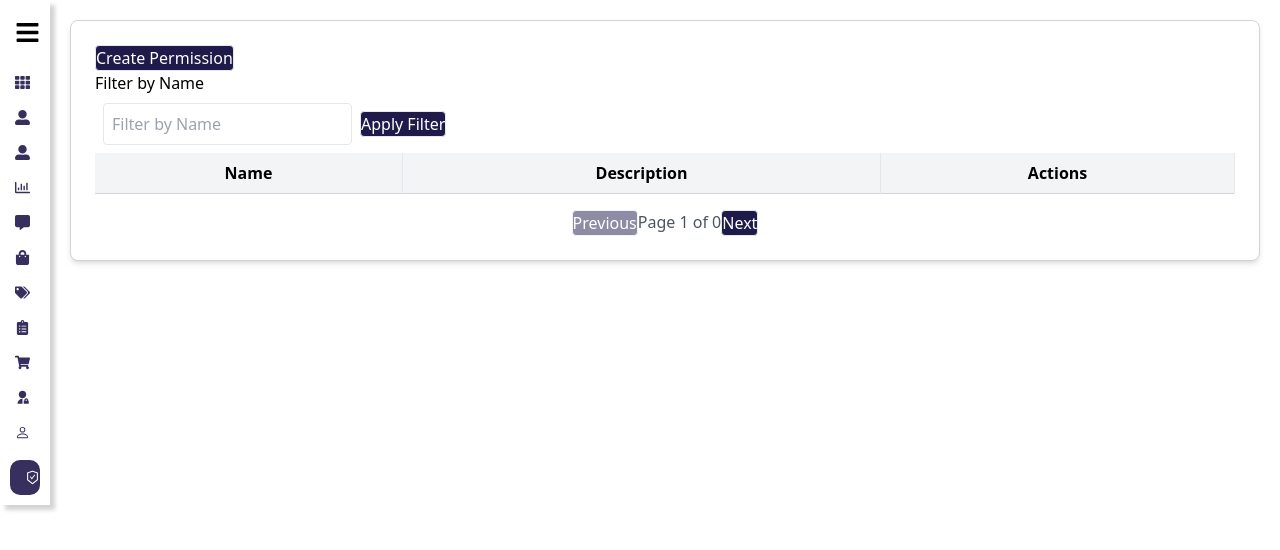
Repository: Andarg01/Admin
Page: /permission
An editor plug-in stored every save of this project. The page is shown before and after the next save, followed by the edit.
The browser window is 1280 px wide. The pictures show the whole page.
The page's requests for data from a server got no answer. The project was rebuilt for these pictures with package versions that can differ from the ones it lists, and the page was loaded fresh each time. No one was signed in, and anything a server would have sent is missing. Also part of the build but not shown: src/styles/analytics.css, src/pages/Analytics.tsx, src/pages/Dashboard.tsx, src/styles/productList.css, src/components/OrderModal.tsx, src/components/OrderTable.tsx, src/pages/Orders.tsx, src/components/CategoryModal.tsx and 16 more.

Above is the page before, as saved 2024-02-29 05:08:51.

### src/index.tsx



import * as React from "react"
import * as ReactDOM from "react-dom/client"
import App from "./App"
import './index.css'

import { Provider } from 'react-redux';
import store from './redux/store';
const container = document.getElementById("root")
if (!container) throw new Error('Failed to find the root element');
const root = ReactDOM.createRoot(container)

root.render(

  <React.StrictMode>
    <Provider store={store}>
         <App />
         </Provider>
  </React.StrictMode>,

)

### src/redux/store.ts
// redux/store.ts

import { configureStore, combineReducers } from '@reduxjs/toolkit';
import permissionsReducer from './reducers/permissionsReducers';
import rolesReducer from './reducers/rolesReducers';
import shopReducer from './reducers/shopReducer';

const rootReducer = combineReducers({
  permissions: permissionsReducer,
  roles: rolesReducer,
  shope:shopReducer,
});

const store = configureStore({
  reducer: rootReducer,
});

export type RootState = ReturnType<typeof rootReducer>;

export default store;

### src/App.css
* {
    margin: 0;
    padding: 0;
    text-decoration: none;
    /* background: #fff; */
    /* color: #fff; */
    /* background: #0e1630 */
    /* background-color: #0e1630; */
}

.container {
    display: flex;
}

main {
    width: 100%;
    padding: 20px;
}

.sidebar {
    background: #fff;
    /* background: #0e1630; */
    box-shadow: 5px 5px 4px rgb(212, 212, 212);
    color: #000;
    height: auto;
    width: 200px;
    transition: all 0.5s;
}

.top_section {
    display: flex;
    align-items: center;
    padding: 20px 15px;
}

.logo {
    font-size: 30px;
}

.bars {
    display: flex;
    font-size: 25px;
    margin-left: 50px;
}

.link {
    display: flex;
    color: #37305F;
    padding: 10px 15px;
    gap: 15px;
    transition: all 0.5s;
}

.link:hover {
    background: #37305F;
    color: #fff;
    transition: all 0.5s;
    margin: 10px;
    border-radius: 10px;
}

.active {
    background: #37305F;
    color: #fff;
    margin: 10px;
    border-radius: 10px;
}

.icon,
.link_text {
    font-size: 15px;
}

### src/components/PermissionTable.tsx


import React, { useState, useEffect } from 'react';
import { useDispatch, useSelector } from 'react-redux';
import { RootState } from '../redux/store';
import {
  fetchPermissions,
  createPermission,
  updatePermission,
  deletePermission,
} from '../redux/actions/permissionsActions';
import PermissionModal from './PermissionModal';

interface Permission {
  id: string;
  name: string;
  description: string;
}

interface PermissionsState {
  permissions: Permission[];
}

const PAGE_SIZE = 5; // You can adjust the number of items per page as needed

const PermissionTable: React.FC = () => {
  const dispatch = useDispatch();
  const permissions = useSelector((state: RootState) => state.permissions.permissions);

  const [showModal, setShowModal] = useState(false);
  const [selectedPermission, setSelectedPermission] = useState(null);
  const [nameFilter, setNameFilter] = useState<string>('');
  const [currentPage, setCurrentPage] = useState<number>(1);

  useEffect(() => {
    dispatch(fetchPermissions());
  }, [dispatch]);

  const handleCreate = () => {
    setSelectedPermission(null);
    setShowModal(true);
  };

  const handleEdit = (permission: any) => {
    setSelectedPermission(permission);
    setShowModal(true);
  };

  const handleDelete = (permissionId: string) => {
    if (window.confirm('Are you sure you want to delete this permission?')) {
      dispatch(deletePermission(permissionId));
    }
  };

  const handleNameFilterChange = (event: React.ChangeEvent<HTMLInputElement>) => {
    setNameFilter(event.target.value);
    setCurrentPage(1); // Reset to the first page when the filter changes
  };

  const handleApplyFilter = () => {
    const filteredData = permissions.filter(permission =>
      permission.name.toLowerCase().includes(nameFilter.toLowerCase())
    );
    return filteredData;
  };

  const filteredPermissions = handleApplyFilter();

  const totalPages = Math.ceil(filteredPermissions.length / PAGE_SIZE);
  const startIndex = (currentPage - 1) * PAGE_SIZE;
  const endIndex = startIndex + PAGE_SIZE;
  const currentPermissions = filteredPermissions.slice(startIndex, endIndex);

  const handleNextPage = () => {
    if (currentPage < totalPages) {
      setCurrentPage(currentPage + 1);
    }
  };

  const handlePrevPage = () => {
    if (currentPage > 1) {
      setCurrentPage(currentPage - 1);
    }
  };

  return (
    <div className="overflow-x-auto bg-white border border-gray-300 p-6 rounded-lg shadow-md transition duration-500 ease-in-out">
      <div>
        <button
          className='border rounded bg-indigo-950 hover:m-2 text-white'
          onClick={handleCreate}
        >
          Create Permission
        </button>
        </div>
        <p>Filter by Name</p>
        <input
          type="text"
          placeholder="Filter by Name"
          value={nameFilter}
          onChange={handleNameFilterChange}
          className="border rounded p-2 m-2"
        />
        <button
          className='border rounded bg-indigo-950 hover:m-2 text-white'
          onClick={handleApplyFilter}
        >
          Apply Filter
        </button>
      {/* </div> */}

      <table className="min-w-full border-b border-gray-300">
        <thead className="bg-gray-100">
          <tr>
            <th className="py-2 px-4 border-r cursor-pointer">Name</th>
            <th className="py-2 px-4 border-r cursor-pointer">Description</th>
            <th className="py-2 px-4 border-r cursor-pointer">Actions</th>
          </tr>
        </thead>
        <tbody>
          {currentPermissions.map((permission) => (
            <tr key={permission.id} className="border-b">
              <td className="py-2 px-4 border-r">{permission.name}</td>
              <td className="py-2 px-4 border-r">{permission.description}</td>
              <td className="py-2 px-4">
                <button
                  onClick={() => handleEdit(permission)}
                  className="edit hover:underline mr-2 hover:text-gray-700"
                >
                  Edit
                </button>
                <button
                  onClick={() => handleDelete(permission.id)}
                  className="delete hover:underline hover:text-red-700"
                >
                  Delete
                </button>
              </td>
            </tr>
          ))}
        </tbody>
      </table>

      <div className="flex justify-center mt-4">
        <button
          className={`border rounded bg-indigo-950 hover:m-2 text-white ${currentPage === 1 && 'opacity-50 cursor-not-allowed'}`}
          onClick={handlePrevPage}
          disabled={currentPage === 1}
        >
          Previous
        </button>
        <span className="text-gray-600">{`Page ${currentPage} of ${totalPages}`}</span>
        <button
          className={`border rounded bg-indigo-950 hover:m-2 text-white ${currentPage === totalPages && 'opacity-50 cursor-not-allowed'}`}
          onClick={handleNextPage}
          disabled={currentPage === totalPages}
        >
          Next
        </button>
      </div>

      {showModal && <PermissionModal onClose={() => setShowModal(false)} permission={selectedPermission} />}
    </div>
  );
};

export default PermissionTable;















// // PermissionTable.tsx

// import React, { useState, useEffect } from 'react';
// import { useDispatch, useSelector } from 'react-redux';
// import { RootState } from '../redux/store';
// import {
//   fetchPermissions,
//   createPermission,
//   updatePermission,
//   deletePermission,
// } from '../redux/actions/permissionsActions';
// import PermissionModal from './PermissionModal';
// interface Permission {
//   id: string;
//   name: string;
//   description: string;
// }

// interface PermissionsState {
//   permissions: Permission[];
// }


// const PermissionTable: React.FC = () => {
//   const dispatch = useDispatch();
//   const permissions = useSelector((state: RootState) => state.permissions.permissions);

//   const [showModal, setShowModal] = useState(false);
//   const [selectedPermission, setSelectedPermission] = useState(null);

//   useEffect(() => {
//     dispatch(fetchPermissions());
//   }, [dispatch]);

//   const handleCreate = () => {
//     setSelectedPermission(null);
//     setShowModal(true);
//   };

//   const handleEdit = (permission: any) => {
//     setSelectedPermission(permission);
//     setShowModal(true);
//   };

//   const handleDelete = (permissionId: string) => {
//     if (window.confirm('Are you sure you want to delete this permission?')) {
//       dispatch(deletePermission(permissionId));
//     }
//   };

//   return (
//     <div className="overflow-x-auto bg-white border border-gray-300 p-6 rounded-lg shadow-md transition duration-500 ease-in-out">
//       <button
//       className='border rounded bg-indigo-950 hover:m-2 text-white'
//       onClick={handleCreate}>Create Permission</button>


//       <table className="min-w-full border-b border-gray-300">
//         <thead className="bg-gray-100">
//           <tr>
//             <th className="py-2 px-4 border-r cursor-pointer">Name</th>
//             <th className="py-2 px-4 border-r cursor-pointer">Description</th>
//             <th className="py-2 px-4 border-r cursor-pointer">Actions</th>
//           </tr>
//         </thead>
//         <tbody>
//           {permissions.map((permission) => (
//             <tr key={permission.id} className="border-b">
//               <td className="py-2 px-4 border-r">{permission.name}</td>
//               <td className="py-2 px-4 border-r">{permission.description}</td>
//               <td className="py-2 px-4">
//                 <button onClick={() => handleEdit(permission)}
//                 className="edit hover:underline mr-2 hover:text-gray-700"
//                 >Edit</button>
//                 <button onClick={() => handleDelete(permission.id)}
//                  className="delete hover:underline hover:text-red-700"
//                 >Delete</button>
//               </td>
//             </tr>
//           ))}
//         </tbody>
//       </table>
//       {showModal && <PermissionModal onClose={() => setShowModal(false)} permission={selectedPermission} />}
//     </div>
//   );
// };

// export default PermissionTable;




// // // PermissionTable.tsx

// // import React, { useState, useEffect } from 'react';
// // import { useDispatch, useSelector } from 'react-redux';
// // import { RootState } from '../redux/store';
// // import {
// //   fetchPermissions,
// //   createPermission as createPermissionAction,
// //   updatePermission as updatePermissionAction,
// //   deletePermission,
// // } from '../redux/actions/permissionsActions';
// // import PermissionModal from './PermissionModal';

// // interface Permission {
// //   id: string;
// //   name: string;
// //   description: string;
// // }

// // interface PermissionsState {
// //   permissions: Permission[];
// // }

// // const PermissionTable: React.FC = () => {
// //   const dispatch = useDispatch();
// //   const allPermissions = useSelector((state: RootState) => state.permissions.permissions);

// //   const [permissions, setPermissions] = useState(allPermissions);
// //   const [showModal, setShowModal] = useState(false);
// //   const [selectedPermission, setSelectedPermission] = useState(null);
// //   const [currentPage, setCurrentPage] = useState(1);
// //   const [permissionsPerPage] = useState(5); // Number of permissions per page
// //   const [filterName, setFilterName] = useState('');

// //   useEffect(() => {
// //     dispatch(fetchPermissions());
// //   }, [dispatch]);

// //   useEffect(() => {
// //     setPermissions(allPermissions);
// //   }, [allPermissions]);

// //   const indexOfLastPermission = currentPage * permissionsPerPage;
// //   const indexOfFirstPermission = indexOfLastPermission - permissionsPerPage;
// //   const currentPermissions = permissions.slice(indexOfFirstPermission, indexOfLastPermission);

// //   const paginate = (pageNumber: number) => setCurrentPage(pageNumber);

// //   const handleCreate = () => {
// //     setSelectedPermission(null);
// //     setShowModal(true);
// //   };

// //   const handleEdit = (permission: any) => {
// //     setSelectedPermission(permission);
// //     setShowModal(true);
// //   };

// //   const handleDelete = (permissionId: string) => {
// //     if (window.confirm('Are you sure you want to delete this permission?')) {
// //       dispatch(deletePermission(permissionId));
// //     }
// //   };

// //   const handleFilterChange = (e: React.ChangeEvent<HTMLInputElement>) => {
// //     setFilterName(e.target.value);
// //     const filteredPermissions = allPermissions.filter(permission =>
// //       permission.name.toLowerCase().includes(e.target.value.toLowerCase())
// //     );
// //     setPermissions(filteredPermissions);
// //     setCurrentPage(1); // Reset to the first page when filtering
// //   };

// //   const createPermission = (newPermission: Permission) => {
// //     dispatch(createPermissionAction(newPermission));
// //     setShowModal(false);
// //   };

// //   const updatePermission = (updatedPermission: Permission) => {
// //     dispatch(updatePermissionAction(updatedPermission));
// //     setShowModal(false);
// //   };

// //   return (
// //     <div className="overflow-x-auto bg-white border border-gray-300 p-6 rounded-lg shadow-md transition duration-500 ease-in-out">
// //       <button
// //         className='border rounded bg-indigo-950 hover:m-2 text-white'
// //         onClick={handleCreate}
// //       >
// //         Create Permission
// //       </button>

// //       <div className="mt-3 mb-4">
// //         <label htmlFor="filterName" className="block text-sm font-medium text-gray-600">
// //           Filter by Name:
// //         </label>
// //         <input
// //           type="text"
// //           id="filterName"
// //           name="filterName"
// //           value={filterName}
// //           onChange={handleFilterChange}
// //           className="mt-1 p-2 border rounded-md w-64"
// //           placeholder="Enter name"
// //         />
// //       </div>

// //       <table className="min-w-full border-b border-gray-300">
// //         <thead className="bg-gray-100">
// //           <tr>
// //             <th className="py-2 px-4 border-r cursor-pointer">Name</th>
// //             <th className="py-2 px-4 border-r cursor-pointer">Description</th>
// //             <th className="py-2 px-4 border-r cursor-pointer">Actions</th>
// //           </tr>
// //         </thead>
// //         <tbody>
// //           {currentPermissions.map((permission) => (
// //             <tr key={permission.id} className="border-b">
// //               <td className="py-2 px-4 border-r">{permission.name}</td>
// //               <td className="py-2 px-4 border-r">{permission.description}</td>
// //               <td className="py-2 px-4">
// //                 <button
// //                   onClick={() => handleEdit(permission)}
// //                   className="edit hover:underline mr-2 hover:text-gray-700"
// //                 >
// //                   Edit
// //                 </button>
// //                 <button
// //                   onClick={() => handleDelete(permission.id)}
// //                   className="delete hover:underline hover:text-red-700"
// //                 >
// //                   Delete
// //                 </button>
// //               </td>
// //             </tr>
// //           ))}
// //         </tbody>
// //       </table>

// //       <div className="mt-4 flex justify-end">
// //         <nav className="relative z-0 inline-flex shadow-sm -space-x-px" aria-label="Pagination">
// //           {Array.from({ length: Math.ceil(permissions.length / permissionsPerPage) }).map((_, index) => (
// //             <button
// //               key={index}
// //               onClick={() => paginate(index + 1)}
// //               className={`whitespace-nowrap px-4 py-2 border ${
// //                 currentPage === index + 1
// //                   ? 'border-indigo-500 text-indigo-600 focus:outline-none focus:border-indigo-700 focus:z-10'
// //                   : 'border-gray-300 text-gray-500 hover:bg-gray-50 focus:outline-none focus:border-gray-700 focus:z-10'
// //               }`}
// //             >
// //               {index + 1}
// //             </button>
// //           ))}
// //         </nav>
// //       </div>

// //       {showModal && (
// //         <PermissionModal
// //           onClose={() => setShowModal(false)}
// //           permission={selectedPermission}
// //           createPermission={createPermission}
// //           updatePermission={updatePermission}
// //         />
// //       )}
// //     </div>
// //   );
// // };

// // export default PermissionTable;

### src/redux/reducers/permissionsReducers.ts
import { createSlice } from '@reduxjs/toolkit';
import { fetchPermissions, createPermission, updatePermission, deletePermission } from '../actions/permissionsActions'


interface Permission {
  id: string;
  name: string;
  description: string;
}

interface PermissionsState {
  permissions: Permission[];
}

const initialState: PermissionsState = {
  permissions: [],
};

const permissionsSlice = createSlice({
  name: 'permissions',
  initialState,
  reducers: {}, // You can add reducers if needed
  extraReducers: (builder) => {
    builder.addCase(fetchPermissions.fulfilled, (state, action) => {
      state.permissions = action.payload;
    });
    builder.addCase(createPermission.fulfilled, (state, action) => {
      state.permissions.push(action.payload);
    });
    builder.addCase(updatePermission.fulfilled, (state, action) => {
      const updatedPermission = action.payload;
      const index = state.permissions.findIndex((p) => p.id === updatedPermission.id);
      if (index !== -1) {
        state.permissions[index] = updatedPermission;
      }
    });
    builder.addCase(deletePermission.fulfilled, (state, action) => {
      const deletedPermissionId = action.payload;
      state.permissions = state.permissions.filter((p) => p.id !== deletedPermissionId);
    });
  },
});

export default permissionsSlice.reducer;

### src/redux/reducers/rolesReducers.ts
import { createSlice } from '@reduxjs/toolkit';
import { fetchRoles, createRole, updateRole, deleteRole } from "../actions/rolesActions"


export interface Role {
  id: string;
  name: string;
  description: string;
  permissions: string[]; // Assuming permission IDs are stored in an array
  default: boolean;
}

interface RolesState {
  roles: Role[];
}

const initialState: RolesState = {
  roles: [],
};

const rolesSlice = createSlice({
  name: 'roles',
  initialState,
  reducers: {}, // You can add reducers if needed
  extraReducers: (builder) => {
    builder.addCase(fetchRoles.fulfilled, (state, action) => {
      state.roles = action.payload;
    });
    builder.addCase(createRole.fulfilled, (state, action) => {
      state.roles.push(action.payload);
    });
    builder.addCase(updateRole.fulfilled, (state, action) => {
      const updatedRole = action.payload;
      const index = state.roles.findIndex((r) => r.id === updatedRole.id);
      if (index !== -1) {
        state.roles[index] = updatedRole;
      }
    });
    builder.addCase(deleteRole.fulfilled, (state, action) => {
      const deletedRoleId = action.payload;
      state.roles = state.roles.filter((r) => r.id !== deletedRoleId);
    });
  },
});

export default rolesSlice.reducer;

### src/redux/reducers/shopReducer.ts
// src/redux/reducers/shopReducer.ts

import {
    FETCH_SHOPS_REQUEST,
    FETCH_SHOPS_SUCCESS,
    FETCH_SHOPS_FAILURE,
  } from '../actions/shopActions';

  interface Shop {
    id: string;
    name: string;
    description: string;
    shopUrl: string;
    permissionName: string;
    picture: string;
  }

  interface ShopState {
    shops: Shop[];
    loading: boolean;
    error: string;
  }

  const initialState: ShopState = {
    shops: [],
    loading: false,
    error: '',
  };

  const shopReducer = (state = initialState, action: any): ShopState => {
    switch (action.type) {
      case FETCH_SHOPS_REQUEST:
        return {
          ...state,
          loading: true,
        };
      case FETCH_SHOPS_SUCCESS:
        return {
          ...state,
          loading: false,
          shops: action.payload,
          error: '',
        };
      case FETCH_SHOPS_FAILURE:
        return {
          ...state,
          loading: false,
          shops: [],
          error: action.payload,
        };
      default:
        return state;
    }
  };

  export default shopReducer;

### src/redux/actions/permissionsActions.ts
import { createAsyncThunk } from '@reduxjs/toolkit';

// Replace with your actual backend endpoint
const API_ENDPOINT = 'https://sheba-app.onrender.com/api/permissions';

interface Permission {
  id: string;
  name: string;
  description: string;
}

export const fetchPermissions = createAsyncThunk<Permission[]>('permissions/fetchPermissions', async () => {
  const response = await fetch(`${API_ENDPOINT}/all`);
  const data = await response.json();
  return data.permissions;
});

export const createPermission = createAsyncThunk<Permission, { name: string, description: string }>(
  'permissions/createPermission',
  async (payload) => {
    const response = await fetch(`${API_ENDPOINT}/create`, {
      method: 'POST',
      headers: {
        'Content-Type': 'application/json',
      },
      body: JSON.stringify(payload),
    });
    const data = await response.json();
    return data;
  }
);

export const updatePermission = createAsyncThunk<Permission, { id: string, data: { name: string, description: string } }>(
  'permissions/updatePermission',
  async (payload) => {
    const response = await fetch(`${API_ENDPOINT}/${payload.id}/update`, {
      method: 'PUT',
      headers: {
        'Content-Type': 'application/json',
      },
      body: JSON.stringify(payload.data),
    });
    const data = await response.json();
    return data;
  }
);

export const deletePermission = createAsyncThunk('permissions/deletePermission', async (permissionId: string) => {
  const response = await fetch(`${API_ENDPOINT}/${permissionId}/delete`, {
    method: 'DELETE',
  });
  const data = await response.json();
  return data;
});

### src/redux/actions/rolesActions.ts
// roles/actions.ts

import { createAsyncThunk } from '@reduxjs/toolkit';

// Replace with your actual backend endpoint
const API_ENDPOINT = 'https://sheba-app.onrender.com/api/roles';

export const fetchRoles = createAsyncThunk('roles/fetchRoles', async () => {
  const response = await fetch(API_ENDPOINT);
  const data = await response.json();
  return data.roles;
});

export const createRole = createAsyncThunk('roles/createRole', async (payload: any) => {
  const response = await fetch(API_ENDPOINT + '/create', {
    method: 'POST',
    headers: {
      'Content-Type': 'application/json',
    },
    body: JSON.stringify(payload),
  });
  const data = await response.json();
  return data;
});

export const updateRole = createAsyncThunk('roles/updateRole', async (payload: any) => {
  const response = await fetch(`${API_ENDPOINT}/${payload.id}/update`, {
    method: 'PUT',
    headers: {
      'Content-Type': 'application/json',
    },
    body: JSON.stringify(payload.data),
  });
  const data = await response.json();
  return data;
});

export const deleteRole = createAsyncThunk('roles/deleteRole', async (roleId: string) => {
  const response = await fetch(`${API_ENDPOINT}/${roleId}/delete`, {
    method: 'DELETE',
  });
  const data = await response.json();
  return data;
});

### src/redux/actions/shopActions.ts
// src/redux/actions/shopActions.ts

import axios from 'axios';

export const FETCH_SHOPS_REQUEST = 'FETCH_SHOPS_REQUEST';
export const FETCH_SHOPS_SUCCESS = 'FETCH_SHOPS_SUCCESS';
export const FETCH_SHOPS_FAILURE = 'FETCH_SHOPS_FAILURE';

export const fetchShops = () => {
  return async (dispatch: any) => {
    dispatch({ type: FETCH_SHOPS_REQUEST });

    try {
      const response = await axios.get('https://sheba-app.onrender.com/api/shops/user/all');
      dispatch({ type: FETCH_SHOPS_SUCCESS, payload: response.data });
    } catch (error) {
      dispatch({ type: FETCH_SHOPS_FAILURE, payload: error.message });
    }
  };
};

Loaded but not shown: public/index.html (common file); src/index.css (common file); tailwind.config.js (common file); src/components/Sidebar.tsx (131 lines, source omitted); src/App.tsx (98 lines, source omitted)

After the next save:
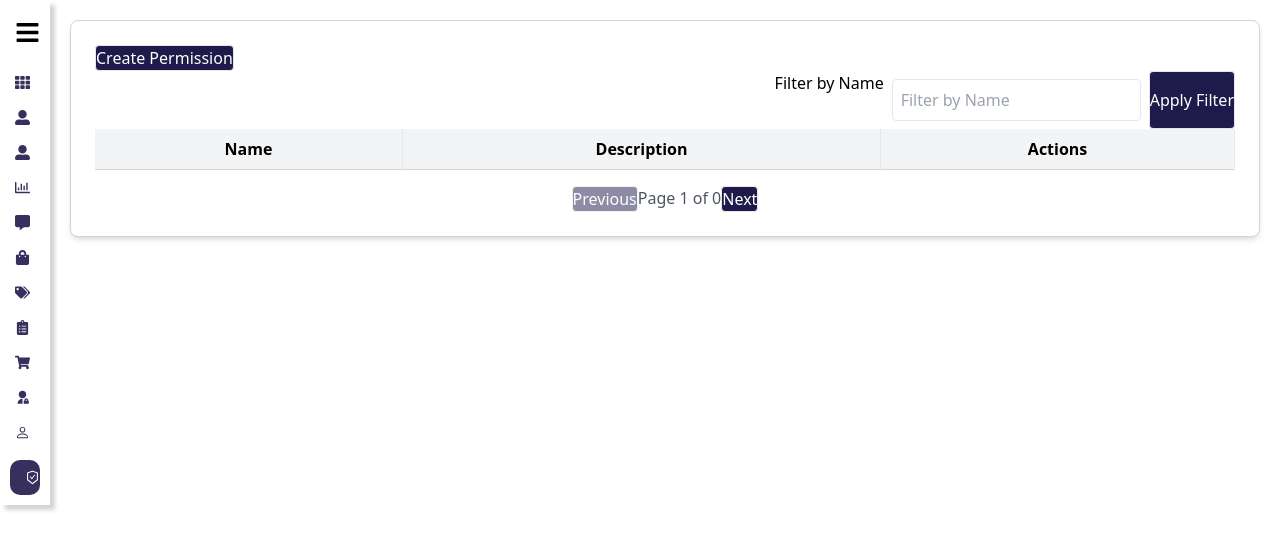
Saved 2 min 7 s later.
--- a/src/components/PermissionTable.tsx
+++ b/src/components/PermissionTable.tsx
@@ -93,6 +93,7 @@ const PermissionTable: React.FC = () => {
           Create Permission
         </button>
         </div>
+        <div className='flex justify-end'>
         <p>Filter by Name</p>
         <input
           type="text"
@@ -107,7 +108,7 @@ const PermissionTable: React.FC = () => {
         >
           Apply Filter
         </button>
-      {/* </div> */}
+      </div>
 
       <table className="min-w-full border-b border-gray-300">
         <thead className="bg-gray-100">
